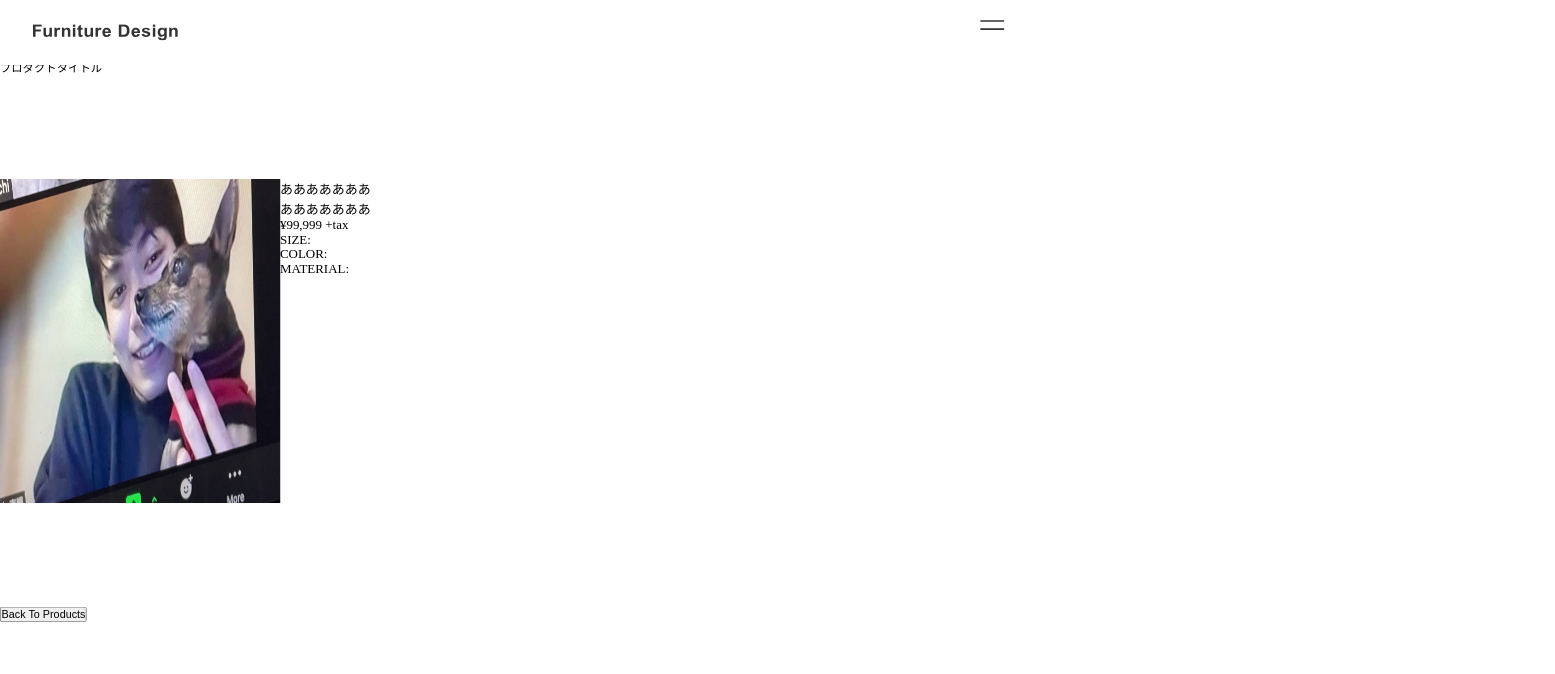
Repository: kohei23n/tenfeet
Page: menbers2/index.html
These files come from the project's save history. The page is drawn as it stood at one moment and after a run of saves; the edit follows.
The browser window is 1280 px wide. The page is 1920 px wide, so the pictures cover 1920 px, including what lies to the right of the window. The pictures show the whole page, at 81% of full size.

Above is the page before, as saved 2022-02-08 21:50:33.

### menbers2/index.html
<!DOCTYPE html>
<html lang="en">

<head>
    <meta charset="UTF-8" />
    <meta http-equiv="X-UA-Compatible" content="IE=edge" />
    <meta name="viewport" content="width=device-width, initial-scale=1.0" />
    <link rel="stylesheet" href="../reset.css">
    <link rel="stylesheet" href="menbers2.css" />
    <title>Document</title>
</head>

<body>
    <header id="header" class="wrapper open">
        <h1 class="title">
            <a href="index.html">
                <img src="..\img\logo.svg" alt="Furniture Design" />
            </a>
        </h1>
        <nav id="nav">
            <ul class="nav_menu" style="display: none">
                <li><a href="">PRODUCTS</a></li>
                <li><a href="">ABOUT</a></li>
                <li><a href="">COMPANY</a></li>
                <li><a href="">CONTACT</a></li>
            </ul>
        </nav>
        <div class="button">
            <span></span>
            <span></span>
        </div>
    </header>




    <div id="content2"></div>
    <script src="menbers2.js"></script>
</body>

</html>

### reset.css
html, body, div, span, applet, object, iframe,
h1, h2, h3, h4, h5, h6, p, blockquote, pre,
a, abbr, acronym, address, big, cite, code,
del, dfn, em, img, ins, kbd, q, s, samp,
small, strike, strong, sub, sup, tt, var,
b, u, i, center,
dl, dt, dd, ol, ul, li,
fieldset, form, label, legend,
table, caption, tbody, tfoot, thead, tr, th, td,
article, aside, canvas, details, embed,
figure, figcaption, footer, header, hgroup,
menu, nav, output, ruby, section, summary,
time, mark, audio, video {
    margin: 0;
    padding: 0;
    border: 0;
    font-size: 100%;
    font: inherit;
    vertical-align: baseline;
}
/* HTML5 display-role reset for older browsers */
article, aside, details, figcaption, figure,
footer, header, hgroup, menu, nav, section {
    display: block;
}
body {
    /* line-height: 1; */
}
ol, ul {
    list-style: none;
}
blockquote, q {
    quotes: none;
}
blockquote:before, blockquote:after,
q:before, q:after {
    content: '';
    content: none;
}
table {
    border-collapse: collapse;
    border-spacing: 0;
}

### menbers2/menbers2.css
* {
  margin: 0;
  padding: 0;
}

body{
    padding: 5% 0;
}

#header {
  width: 100%;
  height: 80px;
  background-color: #fff;
  display: flex;
  align-items: center;
  justify-content: space-between;
  position: fixed;
  left: 0;
  right: 0;
  top: 0;
  z-index: 10;
}

.wrapper {
  max-width: 1360px;
  padding: 0 40px;
  box-sizing: border-box;
}

h1 {
  display: block;
  font-size: 2em;
  margin-block-start: 0.67em;
  margin-block-end: 0.67em;
  margin-inline-start: 0px;
  margin-inline-end: 0px;
  font-weight: bold;
}

.title a {
  width: 180px;
  line-height: 1px;
  display: block;
}

img {
  max-width: 100%;
}

.open #nav {
  left: 0;
  opacity: 1;
}

/* #nav {
  position: fixed;
  top: 0;
  width: 300px;
  color: #fff;
  padding: 36px 50px;
  transition: all 0.5s;
  z-index: 20;
}

#nav li {
  margin-bottom: 14px;
  list-style: none;
}

#nav a {
  color: #fff;
  text-decoration: none;
  transition: all 0.5s;
} */

.button {
  width: 30px;
  height: 30px;
  position: relative;
  transition: all 0.5s;
  cursor: pointer;
  z-index: 20;
}

.button span:nth-child(1) {
  top: 10px;
}

.button span {
  display: block;
  position: absolute;
  width: 30px;
  height: 2px;
  background-color: #333;
  border-radius: 4px;
  transition: all 0.5s;
}

.member_name{
    font-size: 14px;
    font-weight: 100;
}



.member{
    /* display: block;
    margin-top: 10%; */
}

.member_img{
    width: 18%;
    height: 400px;
}

.section_member{
    margin: 10% 0;
    width: 150%;
    display: flex;
}

### menbers2/menbers2.js
let content = `<h1 class="member_name">プロダクトタイトル</h1>
<section class="section_member">
<img src="../img/9.jpg" alt="" class="member_img">
<div class="member_content">
        <p>あああああああ</p>
        <p>あああああああ</p>
        <p>¥99,999 +tax</p>
        <p>SIZE: </p>
        <p>COLOR: </p>
        <p>MATERIAL:</p>
</div>
</section>
<button class="page_back">Back To Products</button>
`

let content2 = document.getElementById("content2");
content2.insertAdjacentHTML("beforebegin", content);

After the next 2 saves:
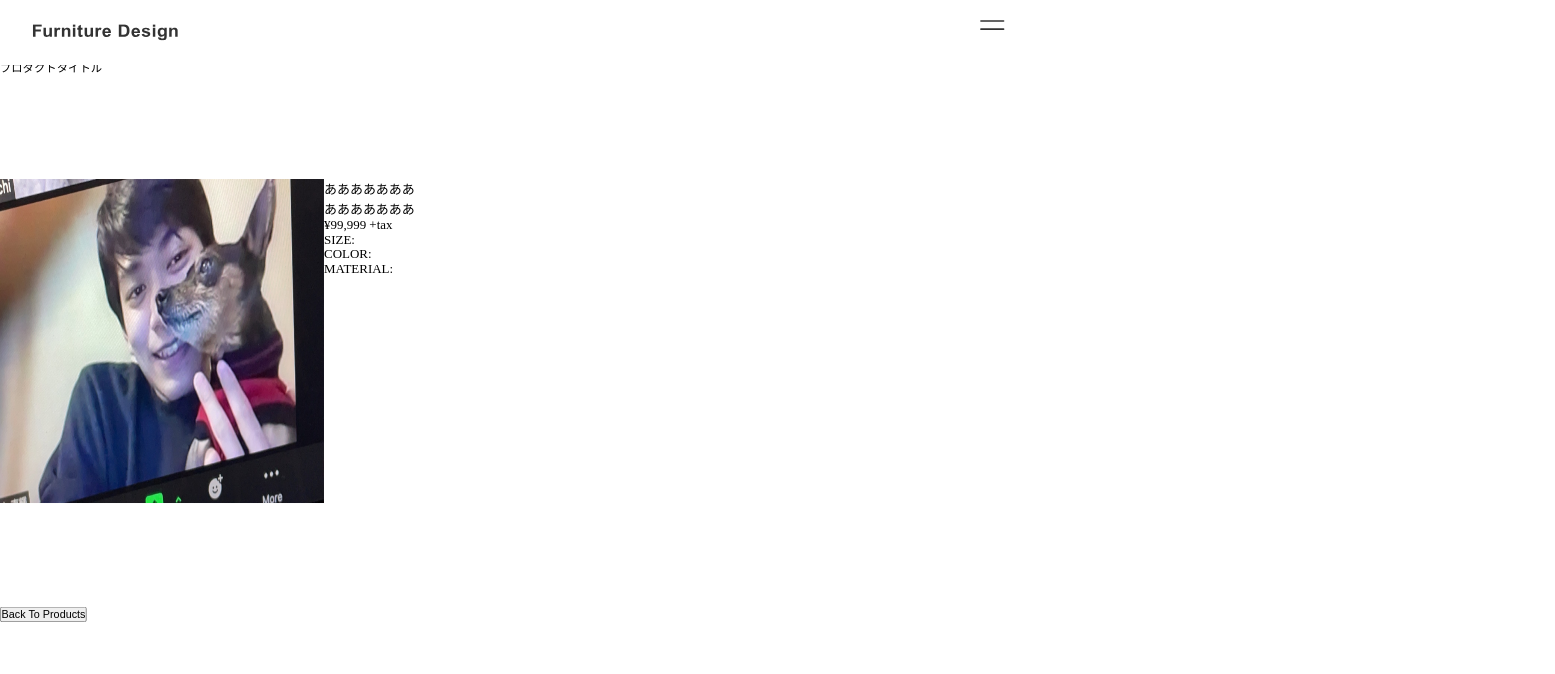
The 2 saves are shown as one change because they came seconds apart.
The last was saved 16 s later.
--- a/menbers2/menbers2.css
+++ b/menbers2/menbers2.css
@@ -109,7 +109,7 @@ img {
 }
 
 .member_img{
-    width: 18%;
+    width: 400px;
     height: 400px;
 }
 
